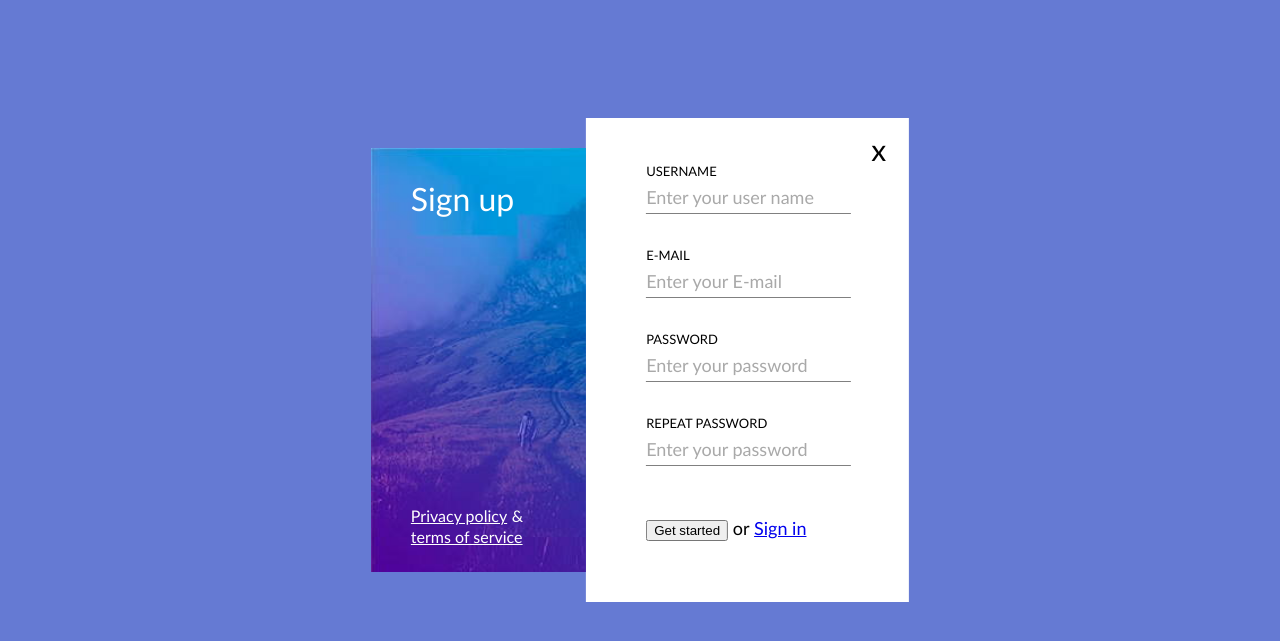
Repository: motiejus1/11-paskaita-adobexd-registracija
Page: index.html
These files come from the project's save history. The page is drawn as it stood at one moment and after the next save; the edit follows.
The browser window is 1280 px wide. The pictures show the whole page.

Above is the page before, as saved 2021-06-17 20:31:39.

After the next save:
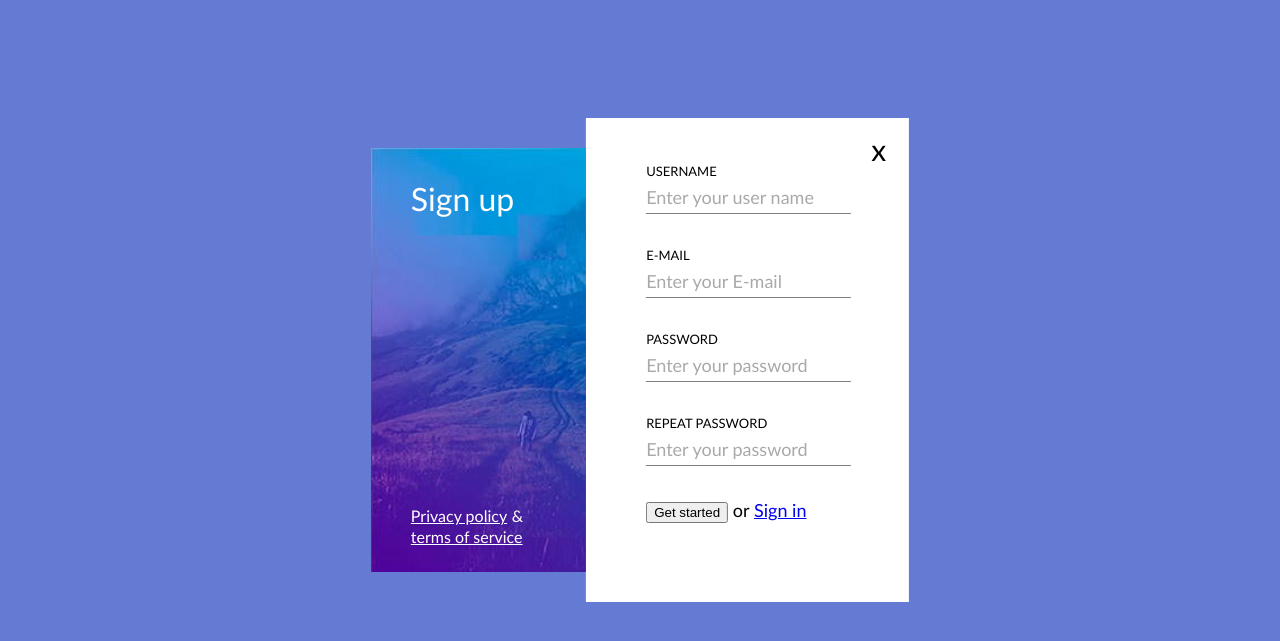
Saved 6 s later.
--- a/index.html
+++ b/index.html
@@ -135,7 +135,9 @@
             display:inline-block;
         }
 
-        .right-column-bottom-action p
+        .right-column-bottom-action p {
+            margin: 0;
+        }
 
     </style>
 
